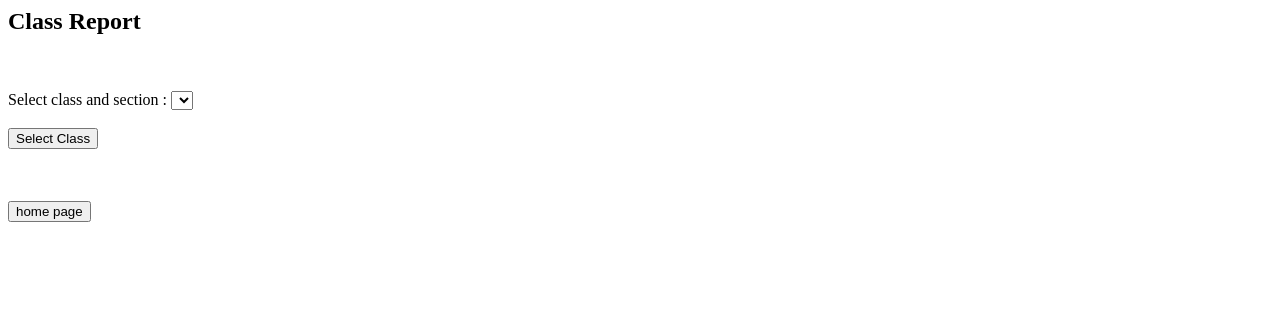
Repository: anithagnana123/Simplilearn_Phase2_project
Page: http://localhost/phase2-project/classreport.jsp
The author's editor kept a copy of each file at every save. The page is drawn from the files as they stood at one save, then again after the next save.
The browser window is 1280 px wide. The pictures show the whole page.
The page is served by Tomcat 9. Queries for data that is not in the repository find no rows.

Above is the page before, as saved 2022-10-26 10:48:24.

After the next save:
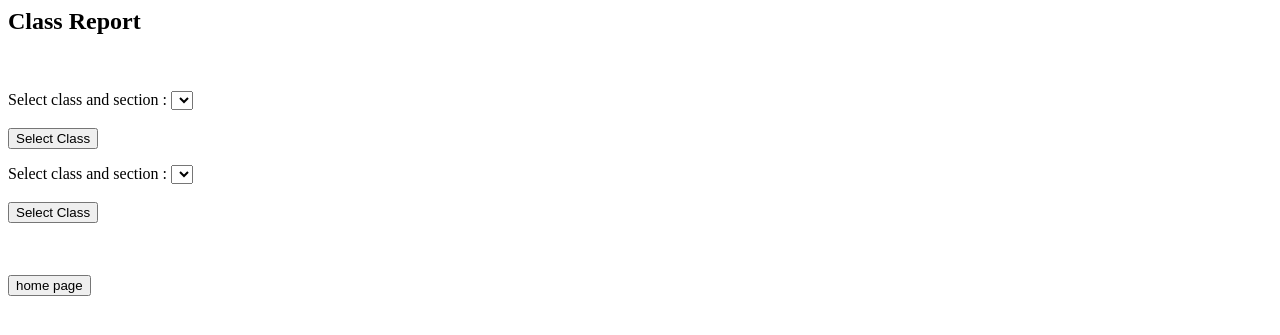
Saved 2 min 0 s later.
--- a/phase2-project/src/main/webapp/classreport.jsp
+++ b/phase2-project/src/main/webapp/classreport.jsp
@@ -42,6 +42,30 @@
 </table>
 </form>
 
+<form action="#"  method="get">
+
+    <sql:query var="rs" dataSource="${database}">
+         SELECT * FROM student_info where class_sec = 2;
+    </sql:query>
+
+    <tr>
+        Select class and section :
+        <select name = "class_sec">
+             <c:forEach var="class_info" items="${rs.rows}">
+                 <option> <c:out value="${class_info.class_sec}"/> </option>
+             </c:forEach>
+        </select>
+    </tr>
+
+    <br> <br>
+    <tr>
+      <td><input type="submit" value="Select Class"/></td>
+    </tr>
+</table>
+</form>
+
+
+
 <br> <br>
 <form action="welcome" method="get">
 	<input type="submit" value="home page"/>
